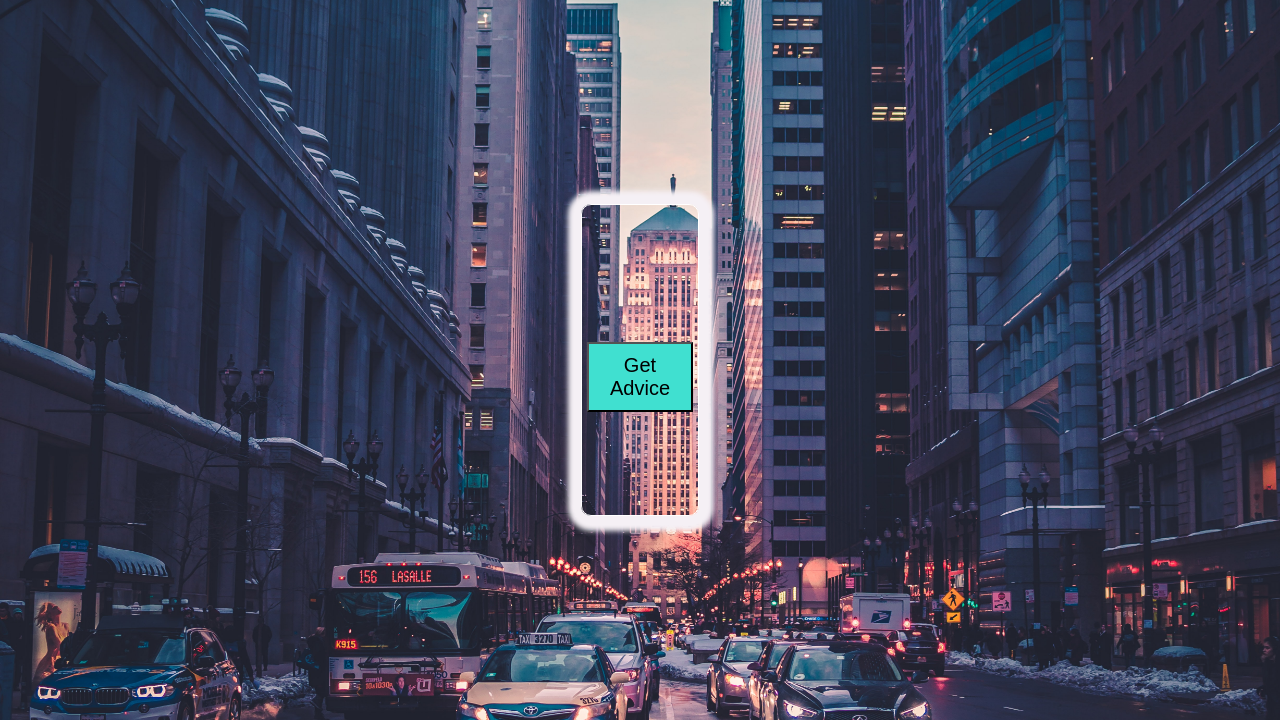
Repository: lamilekan263/random_advice
Page: /
The author's editor kept a copy of each file at every save. The page is drawn from the files as they stood at one save, then again after the next save.
The browser window is 1280 px wide. The pictures show the whole page.
The page's requests for data from a server got no answer. The project was rebuilt for these pictures with package versions that can differ from the ones it lists, and the page was loaded fresh each time. No one was signed in, and anything a server would have sent is missing.

Above is the page before, as saved 2020-08-10 14:53:21.

After the next save:
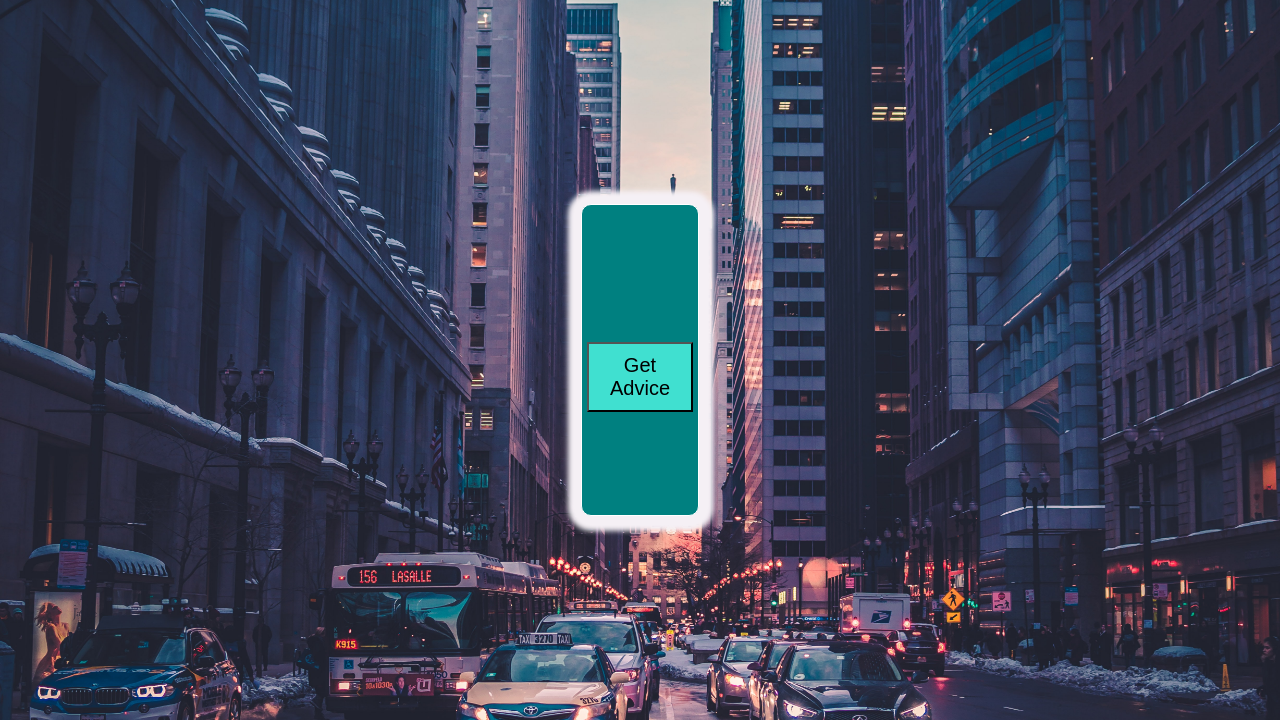
Saved 13 s later.
--- a/src/App.css
+++ b/src/App.css
@@ -16,7 +16,7 @@ body{
 .card{
   width:80%;
   margin: 0 auto;
-  background-color:teal
+  background-color:teal;
   background: linear-gradient(rgba(0,0,0,0.3));
   border:1px solid white;
   padding:5px;
